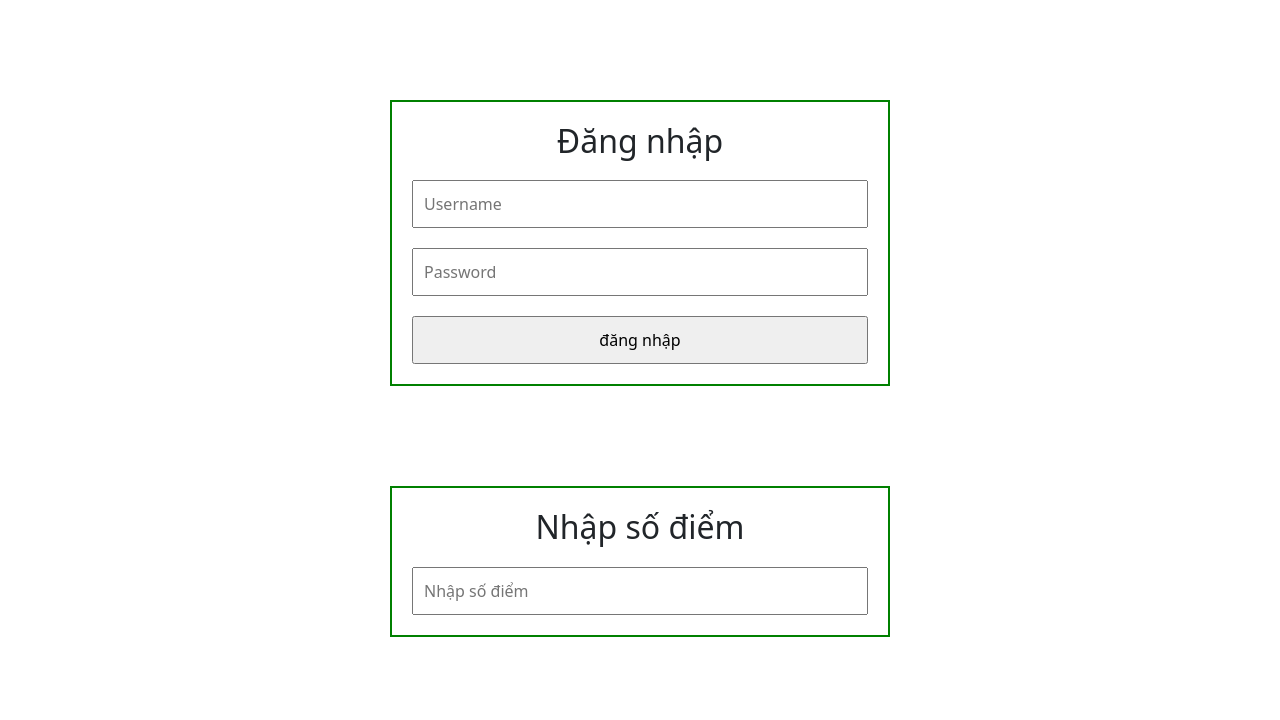
Repository: Phong-poor/frontendframework
Page: / (app in vue-lab-asm/)
An editor plug-in stored every save of this project. The page is shown before and after a run of saves, followed by the edit.
The browser window is 1280 px wide. The pictures show the whole page.
The project was rebuilt for these pictures with package versions that can differ from the ones it lists, and the page was loaded fresh each time. Also part of the build but not shown: vue-lab-asm/vite.config.js, vue-lab-asm/src/components/Lab1.vue, vue-lab-asm/src/components/product.vue, vue-lab-asm/src/components/Dangnhap.vue, vue-lab-asm/src/components/NotFound.vue, vue-lab-asm/src/components/Dangky.vue, vue-lab-asm/src/components/admin.vue, vue-lab-asm/src/components/admin-category.vue.

Above is the page before, as saved 2025-10-07 18:42:07.

### vue-lab-asm/index.html
<!DOCTYPE html>
<html lang="">
  <head>
    <meta charset="UTF-8">
    <link rel="icon" href="/favicon.ico">
    <meta name="viewport" content="width=device-width, initial-scale=1.0">
    <title>Vite App</title>
    <link rel="stylesheet" href="https://cdnjs.cloudflare.com/ajax/libs/font-awesome/6.4.0/css/all.min.css" />
    <!-- <link href="https://cdn.jsdelivr.net/npm/bootstrap@5.3.8/dist/css/bootstrap.min.css" rel="stylesheet" integrity="sha384-sRIl4kxILFvY47J16cr9ZwB07vP4J8+LH7qKQnuqkuIAvNWLzeN8tE5YBujZqJLB" crossorigin="anonymous"> -->
  </head>
  <body>
    <div id="app"></div>
    <script type="module" src="/src/main.js"></script>
  </body>
</html>

### vue-lab-asm/src/main.js
import { createApp } from 'vue'
import App from './App.vue'
import 'bootstrap/dist/css/bootstrap.min.css'
import router from './Router';
createApp(App).use(router).mount('#app')

### vue-lab-asm/src/App.vue
<script setup>
  import Lab1 from "./components/Lab1.vue";
  import Lab2 from "./components/Lab2.vue";
  import product from "./components/product.vue";
  import Dangnhap from "./components/Dangnhap.vue";

  import { onMounted } from 'vue'
  import axios from 'axios'
</script>

<template>
  <!--<product />-->
  <!--<Lab1 />-->
  <!--<RouterView></RouterView> -->
  <Lab2/>
</template>

<style scoped>

</style>

### vue-lab-asm/src/Router.js
import { createWebHistory, createRouter } from 'vue-router'

import Dangnhap from './components/Dangnhap.vue'
import product from './components/product.vue'
import NotFound from './components/NotFound.vue'
import Dangky from './components/Dangky.vue'
import admin from './components/admin.vue'
import adminCategory from './components/admin-category.vue'

const routes = [
    { path: '/login', name: 'Login', component: Dangnhap, meta: { isAuth: false } },
    { path: '/signup', name: 'Signup', component: Dangky, meta: { isAuth: false } },
    { path: '/', name: 'Home', component: product, meta: { isAuth: true }},
    { path: '/admin', name: 'Admin', component: admin, meta: { isAuth: true }},
    { path: '/adminCategory', name: 'AdminCategory', component: adminCategory, meta: { isAuth: true }},
    {
        path: '/:pathMatch(.*)*',
        name: 'NotFound',
        component: NotFound,
        meta: { isAuth: false  }
    },
]
const router = createRouter({
    history: createWebHistory(),
    routes
})
router.beforeEach((to, from, next) => {
  const currentUser = localStorage.getItem('currentUser');

  if (to.meta.isAuth) {
    if (!currentUser) {
      // chưa login -> về trang login
      return next({ name: 'Login' });
    }

    const user = JSON.parse(currentUser);
    if (!user.role) {
      // user không có quyền hợp lệ
      return next({ name: 'Login' });
    }
  }

  // nếu mọi thứ ok thì cho đi tiếp
  next();
});

export default router

### vue-lab-asm/src/components/Lab2.vue
<script setup>
import { ref } from 'vue'
const username = ref('')
const password = ref('')
const message = ref('')
const diem = ref('')
const notification = ref('')
const isSuccess = ref(false)

const handleDangNhap = () => {
    if (username.value === "") {
        message.value = "Username không được để trống"
    }
    else if (password.value === "") {
        message.value = "Password không được để trống"
    }
    else if (username.value === 'admin' && password.value === '123456') {
        message.value = 'Đăng nhập thành công'
        isSuccess.value = true
    } else {
        message.value = 'Đăng nhập thất bại'
        isSuccess.value = false
    }
}
const handleXuLyDiemTrungBinh = () => {
    if(diem.value == ""){
        notification.value = "Chưa có thông tin"
    }
    else if(diem.value > 0 && diem.value < 5){
        notification.value = "Xếp loại yếu"
    }
    else if(diem.value >= 5 && diem.value < 6.5){
        notification.value = "Xếp loại trung bình"
    }
    else if(diem.value >= 6.5 && diem.value < 8){
        notification.value = "Xếp loại khá"
    }
    else if(diem.value >= 8 && diem.value < 9){
        notification.value = "Xếp loại giỏi"
    }
    else if(diem.value >= 9 && diem.value <= 10){
        notification.value = "Xếp loại xuất xắc"
    }
    else if(diem.value > 10){
        notification.value = "Điểm trung bình phải nhỏ hơn 10"
    }
}


</script>
<template>
    <form>
        <h2>Đăng nhập</h2>
        <input type="text" v-model="username" placeholder="Username" />
        <input type="password" v-model="password" placeholder="Password" />
        <input @click="handleDangNhap" type="button" value="đăng nhập" />
        <span :class="{ success: isSuccess, error: !isSuccess }">{{ message }}</span>
    </form>

    <form>
        <h2>Nhập số điểm</h2>
        <input type="number" v-model="diem" @input="handleXuLyDiemTrungBinh"  placeholder="Nhập số điểm">
        <span>{{ notification }}</span>
    </form>


</template>
<style scoped>
form {
    width: 500px;
    margin: 0 auto;
    border: 2px solid green;
    padding: 20px;
    margin-top: 100px;
}
form input {
    width: 100%;
    display: block;
    margin-top: 20px;
    padding: 10px;
}
h2{
    text-align: center;
}
.success {
    color: green;
}

.error {
    color: red;
}
</style>

After the next 2 saves:
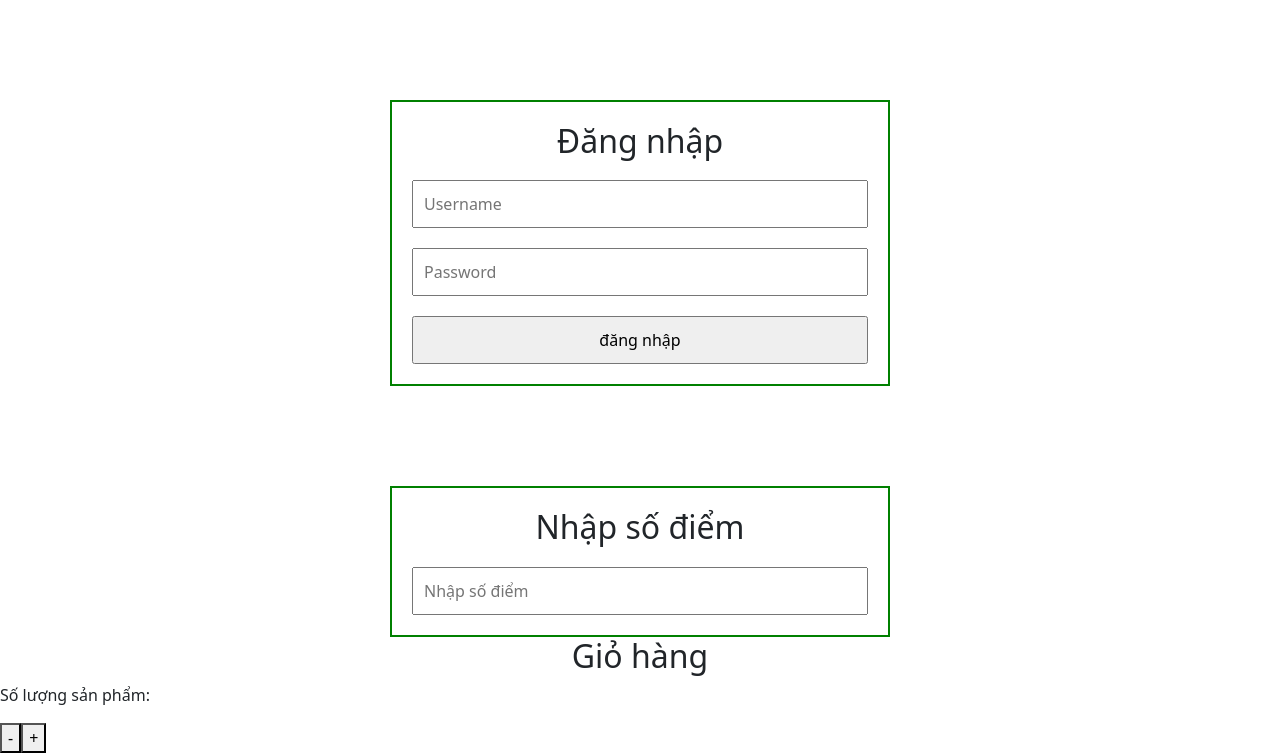
The 2 saves are shown as one change because they came seconds apart.
The last was saved 13 s later.
--- a/vue-lab-asm/src/components/Lab2.vue
+++ b/vue-lab-asm/src/components/Lab2.vue
@@ -63,6 +63,12 @@ const handleXuLyDiemTrungBinh = () => {
         <span>{{ notification }}</span>
     </form>
 
+    <div>
+        <h2>Giỏ hàng</h2>
+        <p>Số lượng sản phẩm: {{ quantity }}</p>
+        <button @click="decrease">-</button>
+        <button @click="increase">+</button>
+    </div>
 
 </template>
 <style scoped>
